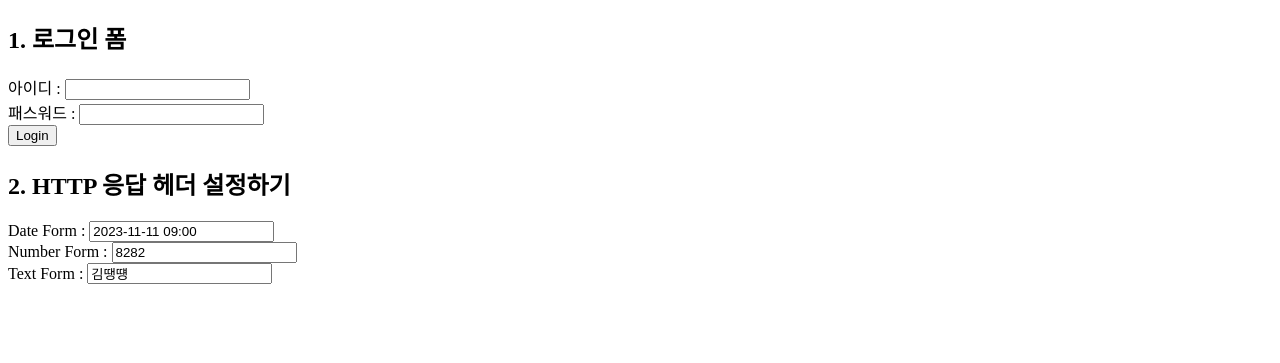
Repository: Jadedvst/JSP-Servlet
Page: http://localhost/MustHaveJSP/02ImplicitObject/ResponseMain.jsp
These files come from the project's save history. The page is drawn as it stood at one moment and after the next save; the edit follows.
The browser window is 1280 px wide. The pictures show the whole page.
The page is served by Tomcat 9.

Above is the page before, as saved 2023-12-11 04:17:47.

### MustHaveJSP/src/main/webapp/02ImplicitObject/ResponseMain.jsp
<%@ page language="java" contentType="text/html; charset=UTF-8"
    pageEncoding="UTF-8"%>
<!DOCTYPE html>
<html>
<head>
<meta charset="UTF-8">
<title>내장 객체 - response</title>
</head>
<body>
	<h2>1. 로그인 폼</h2>
	<%
	String loginErr = request.getParameter("loginErr");
	if(loginErr!= null) out.print("<h4>Login Fail: "+loginErr+"</h4>");
	%>
	<form action = "./ResponseLogin.jsp" method ="post">
	아이디 : <input type="text" name="user_id"/><br/>
	패스워드 : <input type="text" name="user_pwd"/><br/>
	<input type="submit" value="Login" />
	</form>

	<h2>2. HTTP 응답 헤더 설정하기</h2>
	<form action="./ResponseHeader.jsp" method="get">
	Date Form : <input type="text" name="add_date" value="2023-11-11 09:00"/><br/>
	Number Form : <input type="text" name="add_int" value="8282"/><br/>
	Text Form : <input type="text" name="add_str" value="김땡떙"/><br/>
	</form>
</body>
</html>

After the next save:
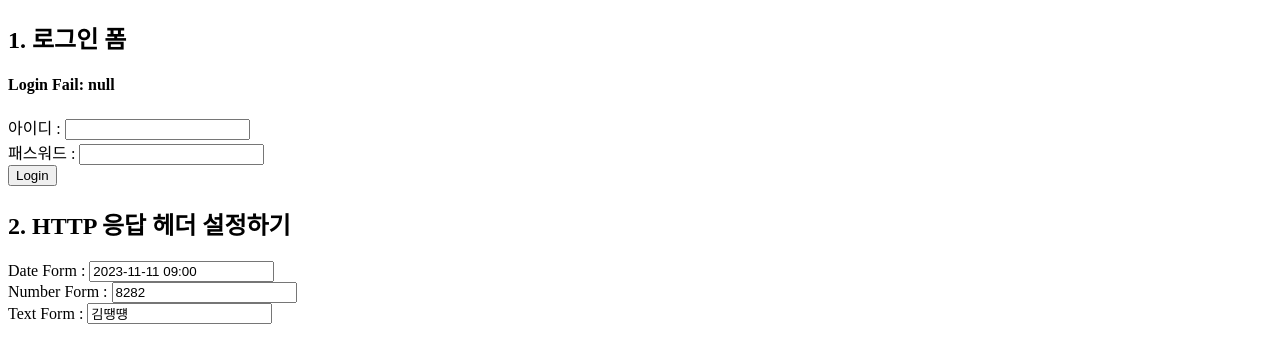
Saved 73 s later.
--- a/MustHaveJSP/src/main/webapp/02ImplicitObject/ResponseMain.jsp
+++ b/MustHaveJSP/src/main/webapp/02ImplicitObject/ResponseMain.jsp
@@ -10,7 +10,7 @@
 	<h2>1. 로그인 폼</h2>
 	<%
 	String loginErr = request.getParameter("loginErr");
-	if(loginErr!= null) out.print("<h4>Login Fail: "+loginErr+"</h4>");
+	if(loginErr!= null||loginErr!= "0") out.print("<h4>Login Fail: "+loginErr+"</h4>");
 	%>
 	<form action = "./ResponseLogin.jsp" method ="post">
 	아이디 : <input type="text" name="user_id"/><br/>

After the save that followed:
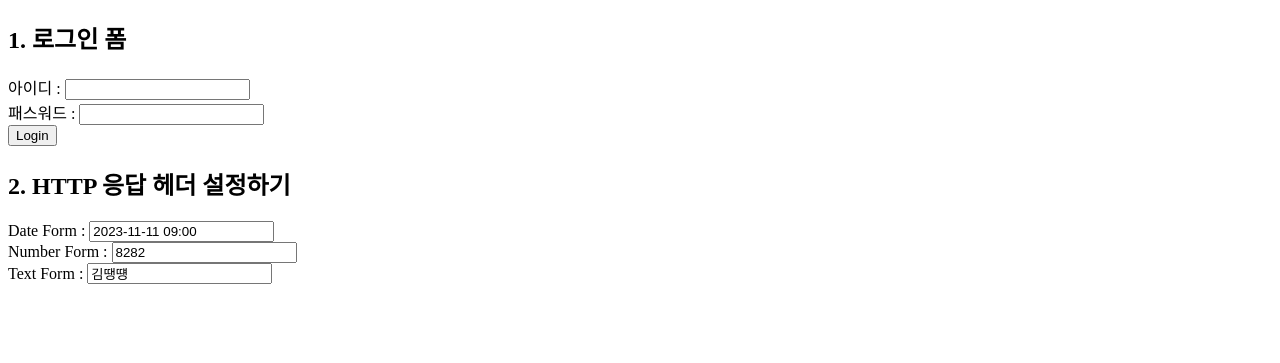
Saved 32 s later.
--- a/MustHaveJSP/src/main/webapp/02ImplicitObject/ResponseMain.jsp
+++ b/MustHaveJSP/src/main/webapp/02ImplicitObject/ResponseMain.jsp
@@ -10,7 +10,7 @@
 	<h2>1. 로그인 폼</h2>
 	<%
 	String loginErr = request.getParameter("loginErr");
-	if(loginErr!= null||loginErr!= "0") out.print("<h4>Login Fail: "+loginErr+"</h4>");
+	if(loginErr!= null) out.print("<h4>Login Fail: "+loginErr+"</h4>");
 	%>
 	<form action = "./ResponseLogin.jsp" method ="post">
 	아이디 : <input type="text" name="user_id"/><br/>
